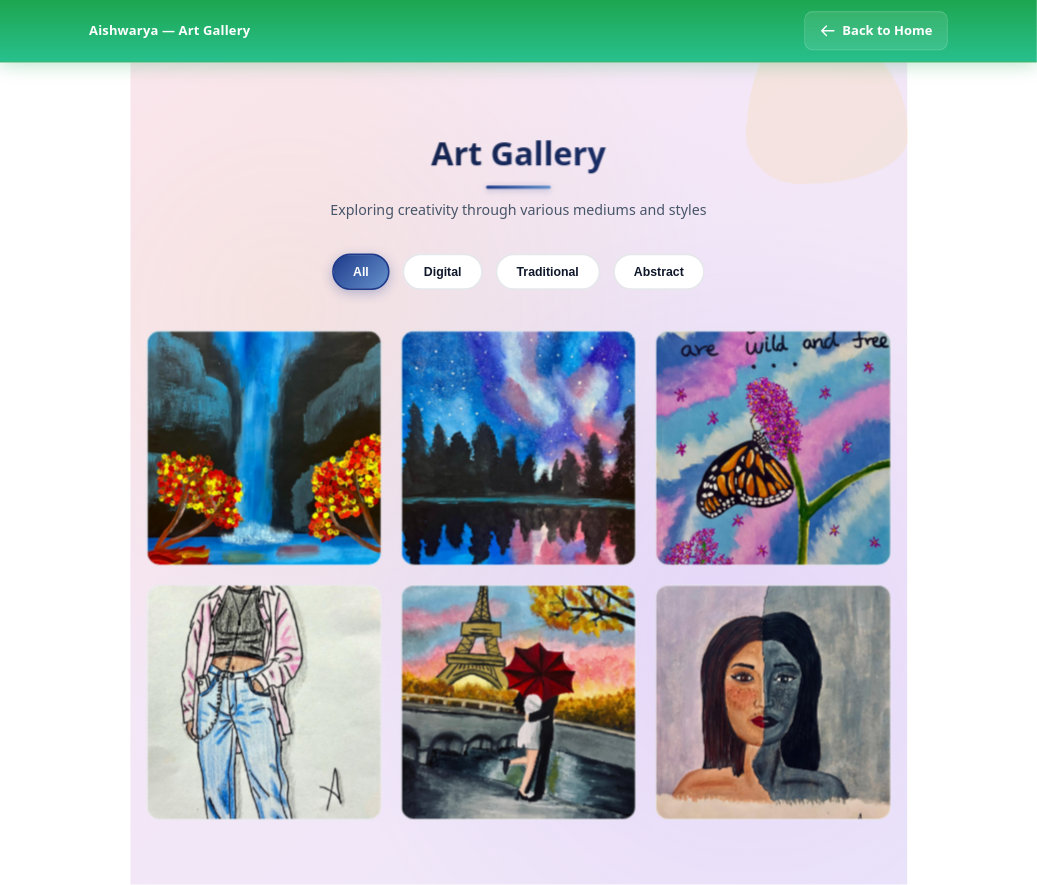
Repository: aishwarya-41/personal_portfolio
Page: /art
An editor plug-in stored every save of this project. The page is shown before and after the next save, followed by the edit.
The browser window is 1280 px wide. The pictures show the whole page, at 81% of full size.
The project was rebuilt for these pictures with package versions that can differ from the ones it lists, and the page was loaded fresh each time. Also part of the build but not shown: vite.config.js, src/components/Header.jsx, src/components/Hero.jsx, src/components/About.jsx, src/components/Education.jsx, src/components/Projects.jsx, src/components/Skills.jsx, src/components/Certifications.jsx and 6 more.

Above is the page before, as saved 2025-11-01 12:03:01.

After the next save:
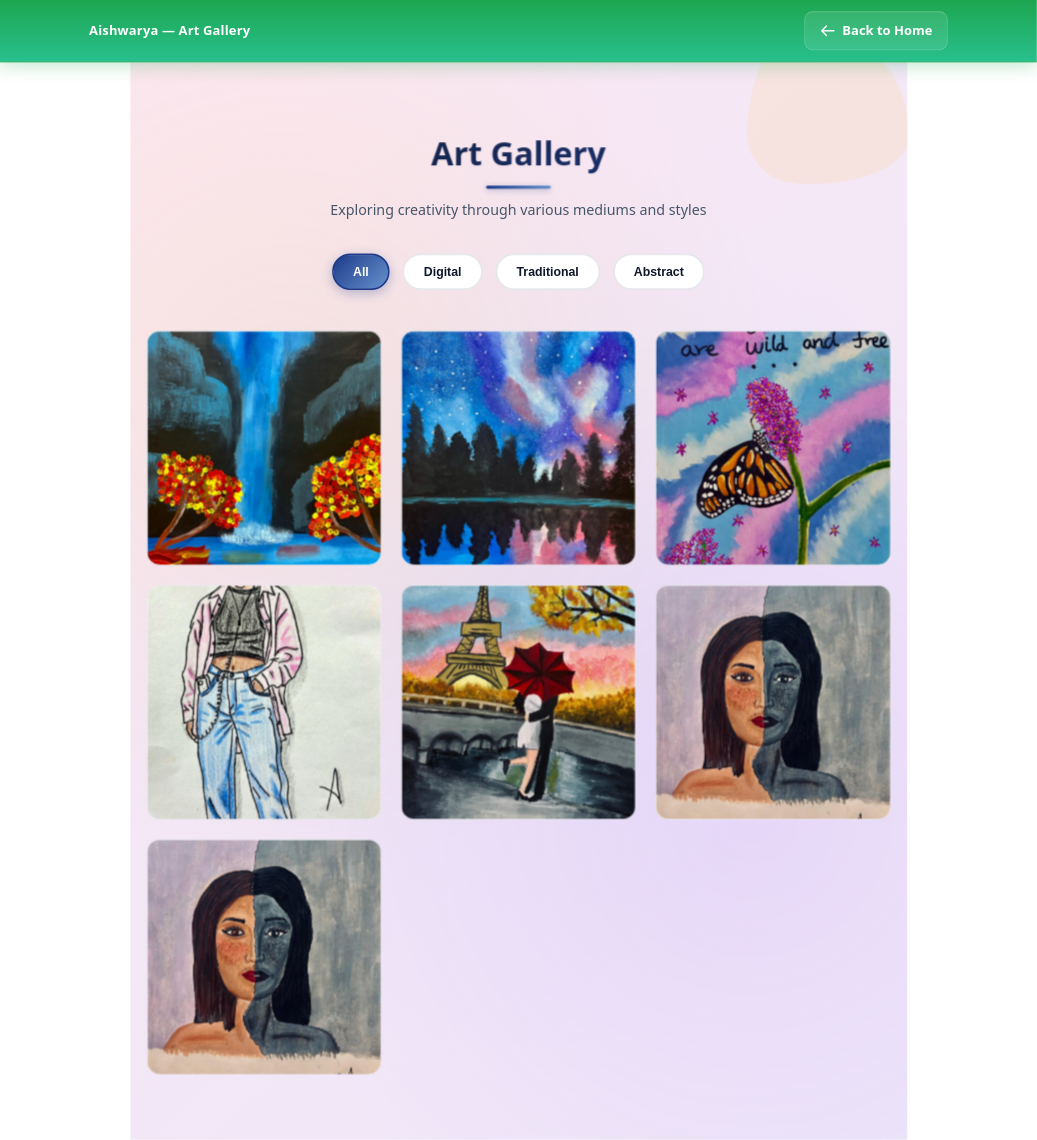
Saved 62 s later.
--- a/src/components/ArtGallery.jsx
+++ b/src/components/ArtGallery.jsx
@@ -42,6 +42,14 @@ const artPieces = [
     year: '2024'
   },
   {
+    id: 6,
+    title: 'Watercolor Dreams',
+    category: 'traditional',
+    image: '/art/art6.png',
+    description: 'Delicate watercolor painting with soft tones.',
+    year: '2023'
+  },
+   {
     id: 6,
     title: 'Watercolor Dreams',
     category: 'traditional',
